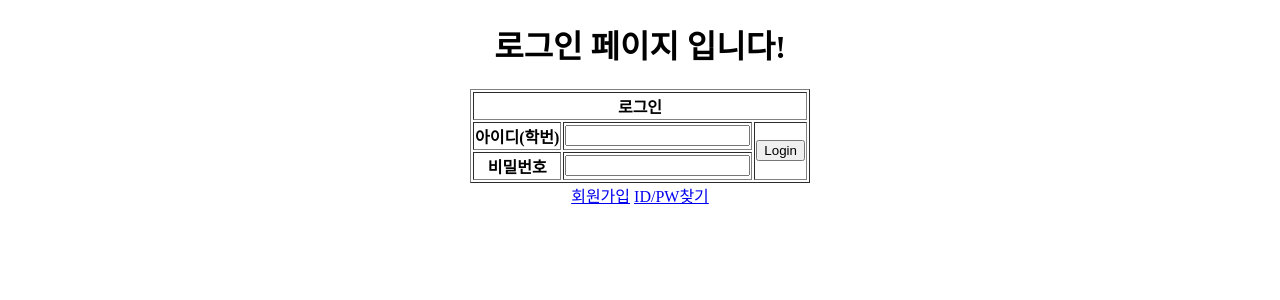
Repository: Park-In-Geun/Programming
Page: 웹프로그래밍 프로젝트/WebProject/WebContent/login.html
An editor plug-in stored every save of this project. The page is shown before and after the next save, followed by the edit.
The browser window is 1280 px wide. The pictures show the whole page.

Above is the page before, as saved 2018-06-13 16:19:03.

### 웹프로그래밍 프로젝트/WebProject/WebContent/login.html
<!DOCTYPE html>
<html>
<head>
<meta charset="EUC-KR">
<title>로그인 페이지</title>
</head>
<body>
<center>
<h1>로그인 페이지 입니다!</h1>
<form method=post action=login.jsp>
<table border=collapse>
<tr>
	<td colspan="3" align="center"><strong>로그인</strong></td>
</tr>
<tr>
	<td align="center"><strong>아이디(학번)</strong>
	<td><input type=text name=id>
	<td rowspan="2"><input type=submit value=Login>
</tr>
<tr>
	<td align="center"><strong>비밀번호
	<td><input type=password name=password>
</tr>
</table>
</form>
<a href="join.html">회원가입</a>
<a href="find.html">ID/PW찾기</a>
</center>
</body>
</html>

After the next save:
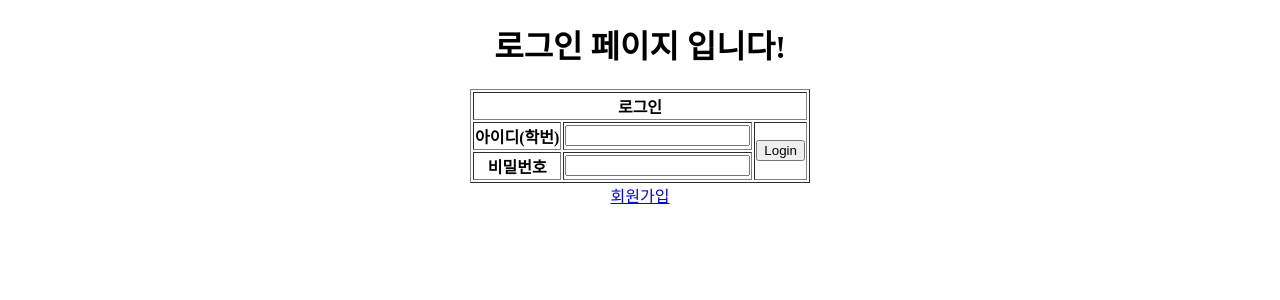
Saved 31 s later.
--- a/웹프로그래밍 프로젝트/WebProject/WebContent/login.html
+++ b/웹프로그래밍 프로젝트/WebProject/WebContent/login.html
@@ -24,7 +24,6 @@
 </table>
 </form>
 <a href="join.html">회원가입</a>
-<a href="find.html">ID/PW찾기</a>
 </center>
 </body>
 </html>
